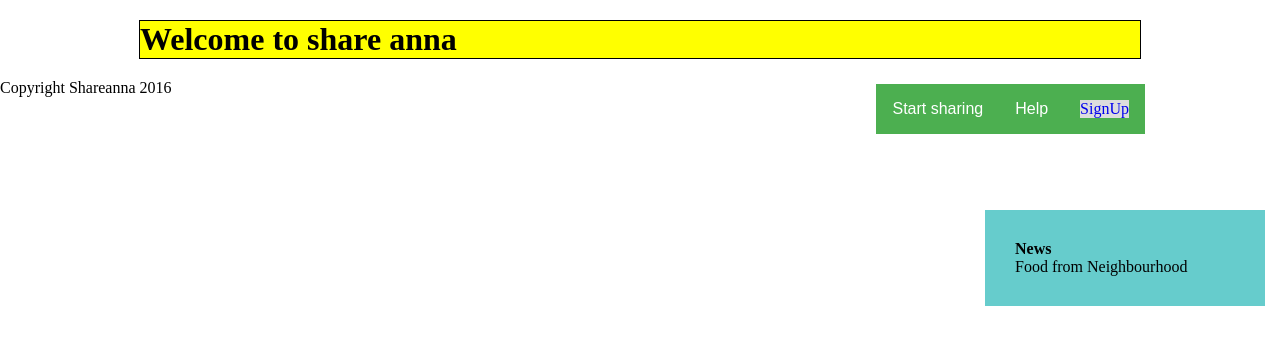
Repository: navigator007/shareanna
Page: practiceSpringMVC_1/src/main/webapp/home.html
These files come from the project's save history. The page is drawn as it stood at one moment and after the next save; the edit follows.
The browser window is 1280 px wide. The pictures show the whole page.

Above is the page before, as saved 2016-08-20 23:40:48.

After the next save:
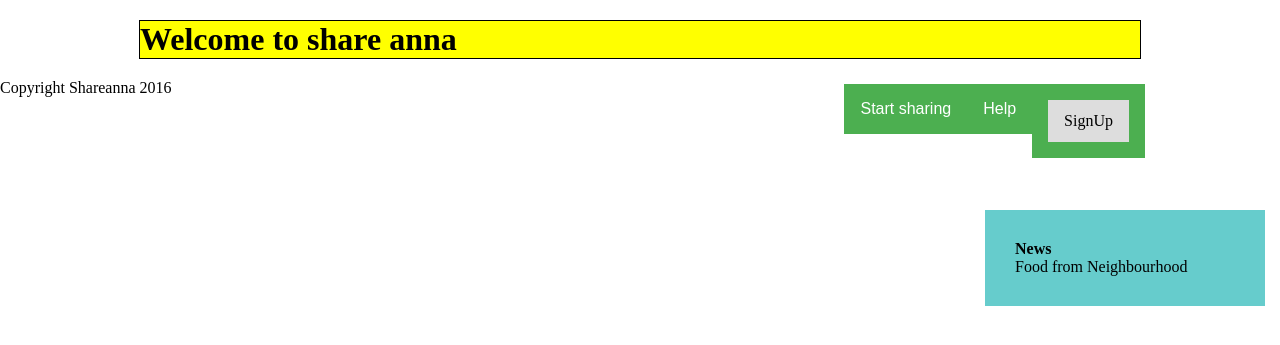
Saved 25 s later.
--- a/practiceSpringMVC_1/src/main/webapp/css/home.css
+++ b/practiceSpringMVC_1/src/main/webapp/css/home.css
@@ -92,4 +92,7 @@
 }
 .dropdown_custom a{
 	text-decoration: none;
+	color: black;
+    padding: 12px 16px;
+    display: block;
 }

After the save that followed:
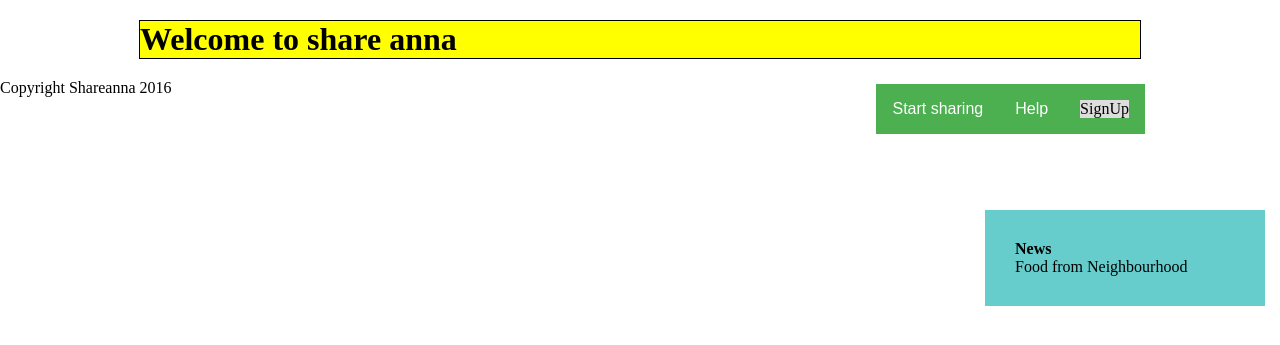
Saved 9 s later.
--- a/practiceSpringMVC_1/src/main/webapp/css/home.css
+++ b/practiceSpringMVC_1/src/main/webapp/css/home.css
@@ -93,6 +93,5 @@
 .dropdown_custom a{
 	text-decoration: none;
 	color: black;
-    padding: 12px 16px;
     display: block;
 }
